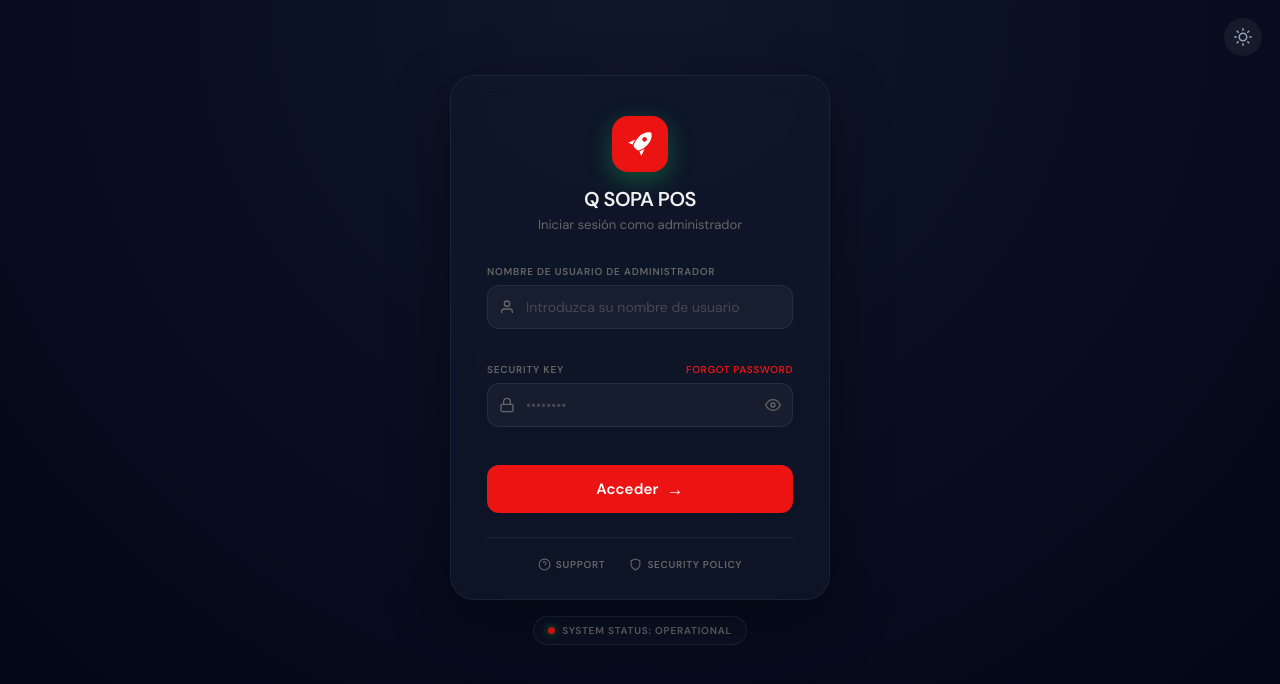
Repository: JhonnyDiaz4753/Admin_Q_sopa
Page: /pos
The author's editor kept a copy of each file at every save. The page is drawn from the files as they stood at one save, then again after the next save.
The browser window is 1280 px wide. The pictures show the whole page.
The project was rebuilt for these pictures with package versions that can differ from the ones it lists, and the page was loaded fresh each time. Also part of the build but not shown: vite.config.js, src/components/Sidebar/Sidebar.css, src/components/Sidebar/Sidebar.jsx, src/components/Topbar/Topbar.css, src/components/Topbar/Topbar.jsx, src/components/AdminLayout.css, src/components/AdminLayout.jsx, src/components/Dashboard/Dashboard.css and 11 more.

Above is the page before, as saved 2026-03-18 16:24:26.

After the next save:
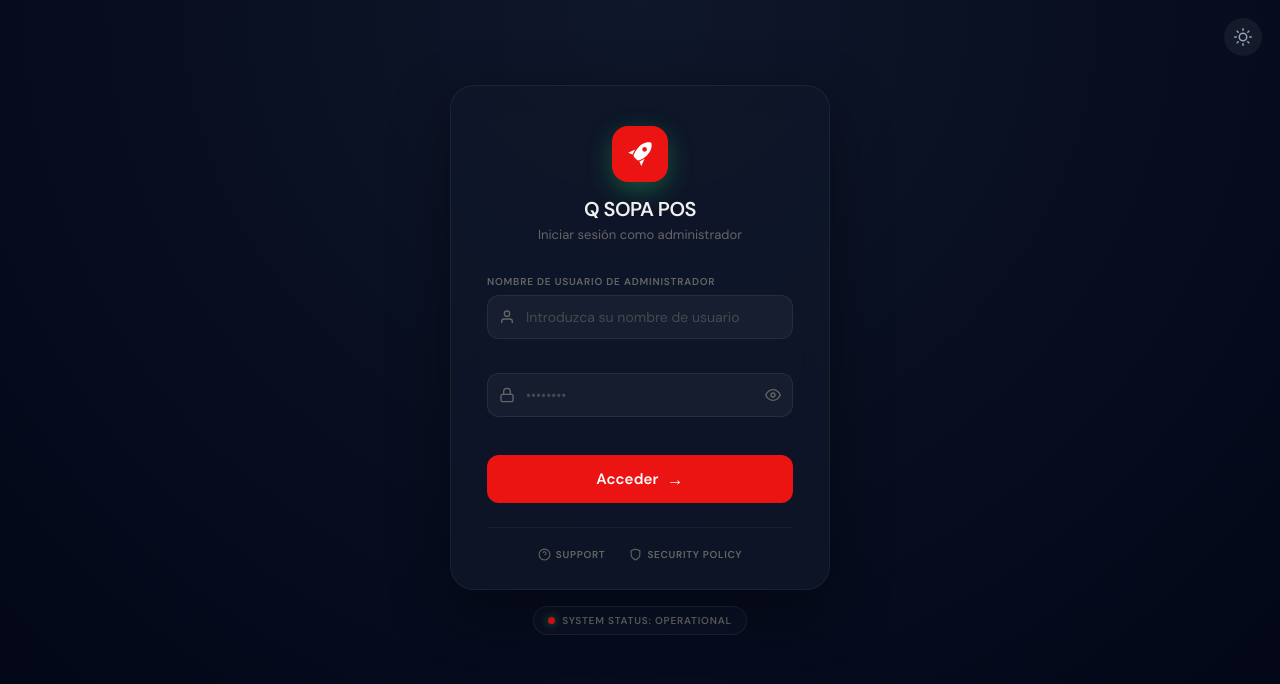
Saved 38 s later.
--- a/src/components/Login/Login.jsx
+++ b/src/components/Login/Login.jsx
@@ -92,10 +92,6 @@
 
           {/* Password */}
           <div className="form-group">
-            <div className="form-group-header">
-              <label>SECURITY KEY</label>
-              <button type="button" className="forgot-link">FORGOT PASSWORD</button>
-            </div>
             <div className="input-wrapper">
               <span className="input-icon">
                 <svg width="16" height="16" viewBox="0 0 24 24" fill="none" stroke="currentColor" strokeWidth="2">

After the save that followed:
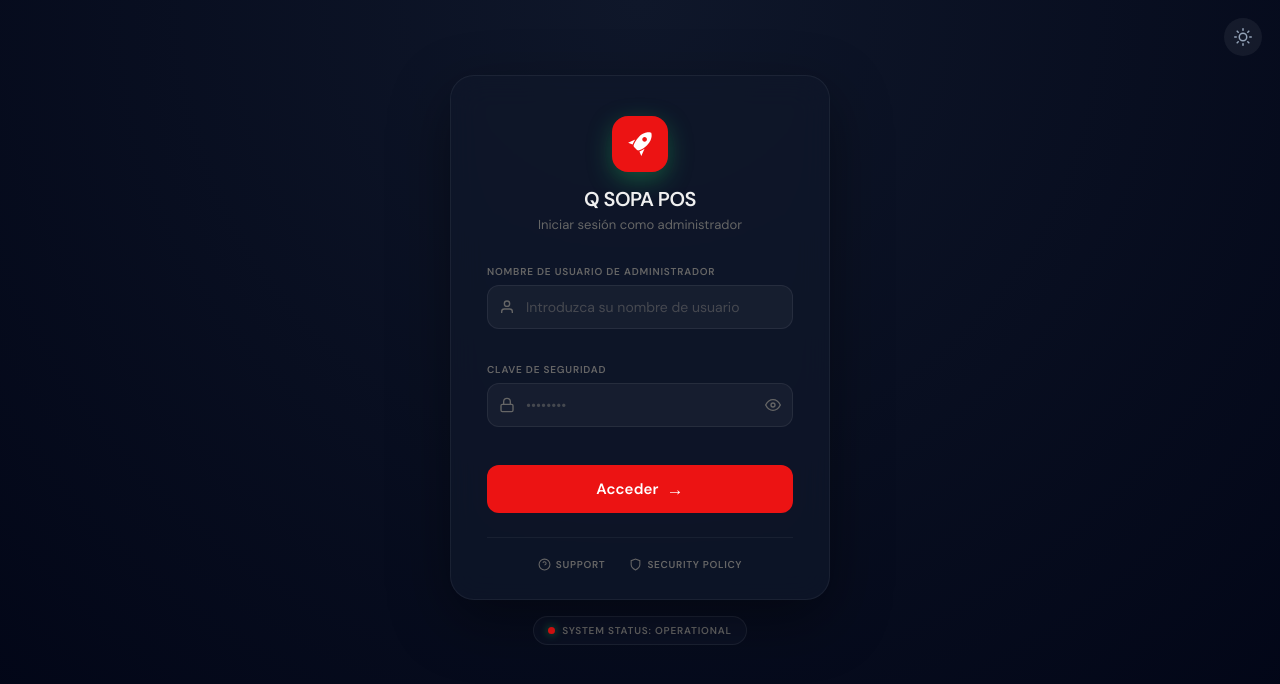
Saved 17 s later.
--- a/src/components/Login/Login.jsx
+++ b/src/components/Login/Login.jsx
@@ -92,6 +92,10 @@
 
           {/* Password */}
           <div className="form-group">
+            <div className="form-group-header">
+              <label>CLAVE DE SEGURIDAD</label>
+
+            </div>
             <div className="input-wrapper">
               <span className="input-icon">
                 <svg width="16" height="16" viewBox="0 0 24 24" fill="none" stroke="currentColor" strokeWidth="2">
